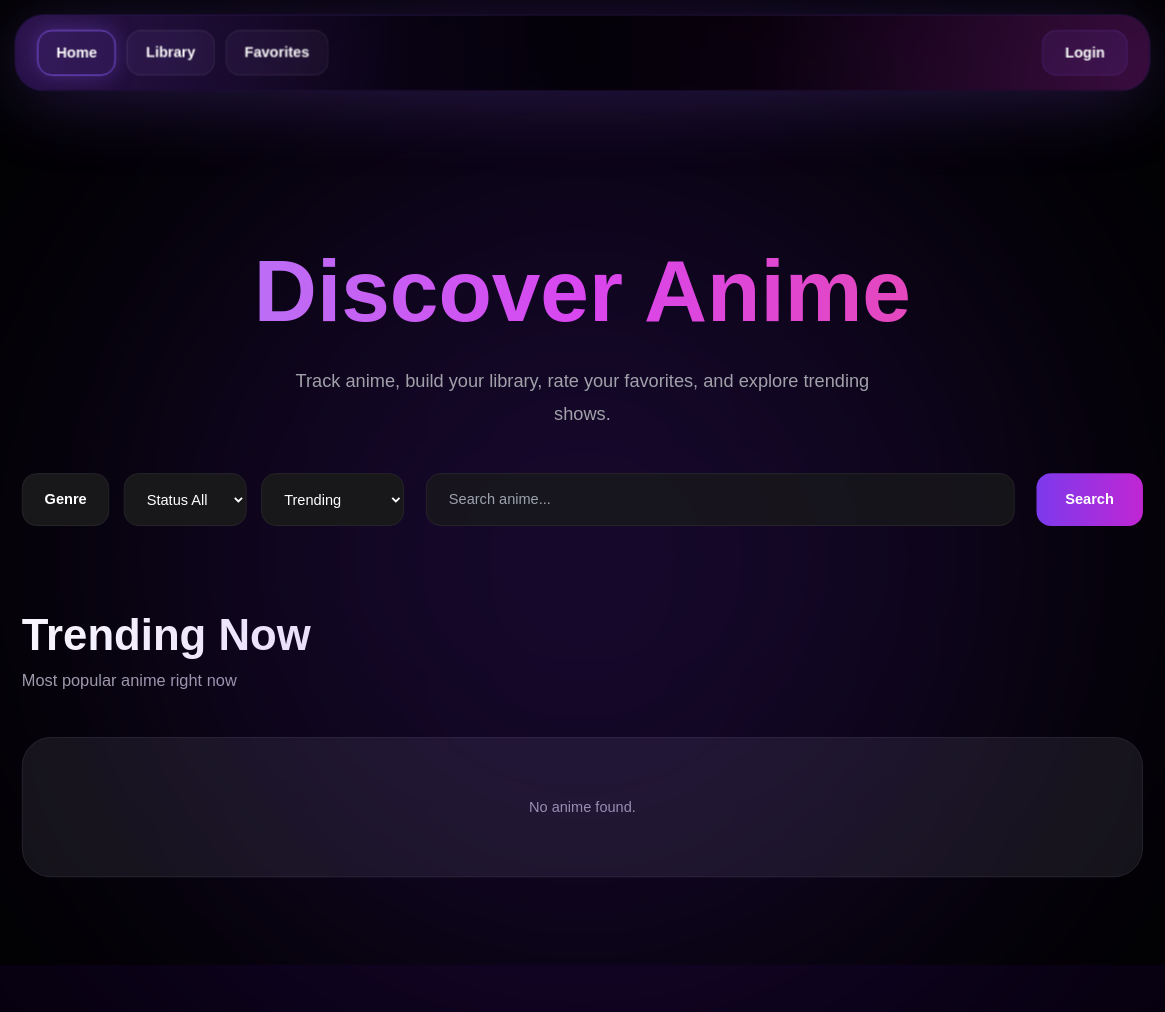
Repository: Maykal-Projects/Otakuflow
Page: /
These files come from the project's save history. The page is drawn as it stood at one moment and after the next save; the edit follows.
The browser window is 1280 px wide. The pictures show the whole page, at 91% of full size.
The page's requests for data from a server got no answer. The project was rebuilt for these pictures with package versions that can differ from the ones it lists, and the page was loaded fresh each time. The framework's server and built-in components were replaced by stand-ins that run in the browser. No one was signed in, and anything a server would have sent is missing. Also part of the build but not shown: next.config.ts, components/AnimeCard.tsx.

Above is the page before, as saved 2026-05-30 00:15:10.

### app/layout.tsx
import "./globals.css";

import type { Metadata } from "next";

import { Toaster } from "react-hot-toast";

export const metadata = {

  title: "Otakuflorist",

  applicationName:
    "Otakuflorist",

  description:
    "Track anime, build your library and discover trending shows.",

};

export const viewport = {
  themeColor: "#07010f",
  colorScheme: "dark",
  viewportFit: "cover",
};

export default function RootLayout({
  children,
}: Readonly<{
  children: React.ReactNode;
}>) {
  return (
    <html
  lang="en"
  suppressHydrationWarning
>
      <body className="bg-[#07010f]">
        {children}

        <Toaster
  position="top-center"
  toastOptions={{
    duration: 2500,

    style: {
      background:
        "rgba(15,15,20,0.95)",

      color: "#fff",

      border:
        "1px solid rgba(255,255,255,0.08)",

      borderRadius:
        "22px",

      padding:
        "18px 22px",

      backdropFilter:
        "blur(18px)",

      fontWeight:
        "800",

      boxShadow:
        "0 10px 60px rgba(0,0,0,0.5)",
    },

    success: {
      iconTheme: {
        primary:
          "#a855f7",
        secondary:
          "#fff",
      },
    },
  }}
/>
      </body>
    </html>
  );
}

### app/page.tsx
"use client";

import {
  useEffect,
  useRef,
  useState,
} from "react";

import AnimeCard from "@/components/AnimeCard";
import Navbar from "@/components/Navbar";
import toast from "react-hot-toast";

import {
  getAnimeFeed,
} from "@/lib/anilist";

const genres = [
  { name: "Action", id: 1 },
  { name: "Adventure", id: 2 },
  { name: "Comedy", id: 4 },
  { name: "Drama", id: 8 },
  { name: "Fantasy", id: 10 },
  { name: "Horror", id: 14 },
  { name: "Mystery", id: 7 },
  { name: "Romance", id: 22 },
  { name: "Sci-Fi", id: 24 },
  {
    name: "Slice of Life",
    id: 36,
  },
  { name: "Sports", id: 30 },
  {
    name: "Supernatural",
    id: 37,
  },
  { name: "Suspense", id: 41 },
];

export default function HomePage() {
  const [animeList, setAnimeList] =
    useState<any[]>([]);

  const [loading, setLoading] =
    useState(true);

  const [
    loadingMore,
    setLoadingMore,
  ] = useState(false);

  const [search, setSearch] =
    useState("");

  const [page, setPage] =
    useState(2);

  const [
    hasMore,
    setHasMore,
  ] = useState(true);

  const [
    suggestions,
    setSuggestions,
  ] = useState<any[]>([]);

  const [pageTitle, setPageTitle] =
    useState("Trending Now");

  const [
    selectedStatus,
    setSelectedStatus,
  ] = useState("");

  const [
    selectedSort,
    setSelectedSort,
  ] = useState("");

  const [
    selectedGenres,
    setSelectedGenres,
  ] = useState<string[]>([]);

  const [
    showGenreFilter,
    setShowGenreFilter,
  ] = useState(false);

  const timeoutRef =
    useRef<NodeJS.Timeout | null>(
      null
    );

 useEffect(() => {

  const saved =
    sessionStorage.getItem(
      "homepage-state"
    );

  if (saved) {

    const state =
      JSON.parse(saved);

    setSearch(
      state.search || ""
    );

    setSelectedGenres(
      state.selectedGenres || []
    );

    setSelectedStatus(
      state.selectedStatus || ""
    );

    setSelectedSort(
      state.selectedSort || ""
    );

    setAnimeList(
      state.animeList || []
    );

    setPage(
      state.page || 2
    );

    setPageTitle(
      state.pageTitle ||
      "Trending Now"
    );

    setLoading(false);

  } else {

    loadAnime();

  }

}, []);

  // AUTO SEARCH


useEffect(() => {

  if (
    animeList.length === 0
  ) return;

  const state = {

    search,
    selectedGenres,
    selectedStatus,
    selectedSort,
    animeList,
    page,
    pageTitle,

  };

  sessionStorage.setItem(
    "homepage-state",
    JSON.stringify(state)
  );

}, [
  search,
  selectedGenres,
  selectedStatus,
  selectedSort,
  animeList,
  page,
  pageTitle,
]);

  async function loadAnime() {
    if (page === 1) {
      setLoading(true);
    } else {
      setLoadingMore(true);
    }

    try {
      const anime =
        await getAnimeFeed(
          "POPULARITY_DESC"
        );

      if (
        anime &&
        anime.length > 0
      ) {
        setAnimeList(anime);
      }

      setPageTitle(
        "Trending Now"
      );

      setHasMore(true);
    } catch (error) {
      console.error(
        "LOAD ANIME ERROR:",
        error
      );
    }

    setLoading(false);
    setLoadingMore(false);
  }

  async function searchTrendingMore() {

    if (loadingMore)
  return;

    setLoadingMore(true);

    try {
      const response =
        await fetch(
          `https://api.jikan.moe/v4/top/anime?page=${page}&limit=24`
        );

      const json =
        await response.json();

      const newAnime =
        json.data || [];

      setHasMore(
        json.pagination
          ?.has_next_page
      );

      setAnimeList(
        (prev) => [
          ...prev,
          ...newAnime,
        ]
      );

      setPage(page + 1);
    } catch (error) {
      console.error(error);
    }

    setLoadingMore(false);
  }

  async function searchAnime(
  reset = false
) {

  // TRENDING
  if (
    !search.trim() &&
    selectedGenres.length ===
      0 &&
    !selectedStatus &&
    !selectedSort
  ) {

    if (reset) {

      setPage(2);

      loadAnime();

    } else {

      searchTrendingMore();

    }

    return;
  }

  // LOADING
  if (reset) {

    setLoading(true);

  } else {

    setLoadingMore(true);

  }

  try {

    const currentPage =
      reset ? 1 : page;

    let url =
      `https://api.jikan.moe/v4/anime?page=${currentPage}&limit=24`;

    // SEARCH
   if (
  search.trim()
) {

  url += `&q=${search}`;

}

    // STATUS
    if (
      selectedStatus
    ) {

      url += `&status=${selectedStatus}`;

    }

    // GENRES
    if (
      selectedGenres.length >
      0
    ) {

      const genreIds =
        genres
          .filter((g) =>
            selectedGenres.includes(
              g.name
            )
          )
          .map((g) => g.id)
          .join(",");

      url += `&genres=${genreIds}`;
    }

    // SORT

    // MOST POPULAR
   if (
  selectedSort ===
  "popularity"
) {

  url +=
    "&order_by=popularity&sort=asc";

}
    // FAVORITES
    else if (
      selectedSort ===
      "favorites"
    ) {

      url +=
        "&order_by=favorites&sort=desc";

    }

if (
  selectedSort ===
  "all"
) {

  // NO SORTING
}

    // TOP RATED
    else if (
      selectedSort ===
      "score"
    ) {

      url +=
        "&order_by=score&sort=desc";

    }

    // NEWEST
    else if (
      selectedSort ===
      "start_date"
    ) {

      url +=
        "&order_by=start_date&sort=desc";

    }

    // DEFAULT
    else {

      url +=
        "&order_by=score&sort=desc";

    }

    const response =
  await fetch(url);

if (
  response.status === 429
) {

  toast.error(
    "Too many requests. Please wait a moment."
  );

  setLoading(false);

  setLoadingMore(false);

  return;
}

    const json =
  await response.json();

let newAnime =
  json.data || [];

newAnime = Array.from(
  new Map(
    newAnime.map(
      (anime: any) => [
        anime.mal_id,
        anime,
      ]
    )
  ).values()
);

// STRICT TITLE FILTER

if (
  search.trim()
) {

  newAnime =
    newAnime.filter(
      (anime: any) =>

        anime.title
          ?.toLowerCase()
          .includes(
            search.toLowerCase()
          )

        ||

        anime.title_english
          ?.toLowerCase()
          .includes(
            search.toLowerCase()
          )

    );

}

setHasMore(
  json.pagination
    ?.has_next_page
);

if (reset) {

  setAnimeList(
    newAnime
  );

} else {

  setAnimeList(
    (prev) => [
      ...prev,
      ...newAnime,
    ]
  );

}

    setPage(
      currentPage + 1
    );

    setPageTitle(
      search.trim()
        ? `Search Results for "${search}"`
        : "Filtered Anime"
    );

  } catch (error) {

    console.error(
      "SEARCH ERROR:",
      error
    );

  }

  setLoading(false);

  setLoadingMore(false);
}

  async function fetchSuggestions(
    value: string
  ) {
    if (
      timeoutRef.current
    ) {
      clearTimeout(
        timeoutRef.current
      );
    }

    timeoutRef.current =
      setTimeout(
        async () => {
          if (
            !value.trim() ||
            value.length < 2
          ) {
            setSuggestions(
              []
            );
            return;
          }

          try {
            const response =
              await fetch(
                `https://api.jikan.moe/v4/anime?q=${value}&order_by=members&sort=desc&type=tv&limit=8`
              );

if (
  response.status === 429
) {

  setSuggestions([]);

  return;
}

            const json =
              await response.json();

       const filtered = Array.from(

  new Map(

    (json.data || [])

      .filter(
        (anime: any) =>

          anime.title
            ?.toLowerCase()
            .includes(
              value.toLowerCase()
            )

          ||

          anime.title_english
            ?.toLowerCase()
            .includes(
              value.toLowerCase()
            )

      )

      .map(
        (anime: any) => [
          anime.mal_id,
          anime,
        ]
      )

  ).values()

);

setSuggestions(
  filtered
);

          } catch (error) {
            console.error(
              error
            );
          }
        },
        800
      );
  }

function toggleGenre(
  genre: string
) {

  setSelectedGenres(
    (prev) =>
      prev.includes(genre)
        ? prev.filter(
            (g) =>
              g !== genre
          )
        : [
            ...prev,
            genre,
          ]
  );

  setPage(1);

  setTimeout(() => {
    searchAnime(true);
  }, 0);

}

  return (
    <main className="min-h-screen bg-black text-white pt-28">
      <Navbar />

      {/* HERO */}
      <section className="relative pt-40 pb-24 px-6">
        <div className="absolute top-0 left-1/2 -translate-x-1/2 w-[1000px] h-[1000px] bg-violet-700/20 blur-[180px] rounded-full pointer-events-none" />

        <div className="relative max-w-7xl mx-auto text-center">
          {/* TITLE */}
          <h1 className="text-6xl md:text-8xl font-black leading-none mb-8 bg-gradient-to-r from-violet-400 via-fuchsia-500 to-pink-500 bg-clip-text text-transparent">
            Discover Anime
          </h1>

          {/* DESCRIPTION */}
          <p className="text-zinc-400 text-xl max-w-2xl mx-auto leading-9 mb-12">
            Track anime,
            build your
            library, rate
            your favorites,
            and explore
            trending shows.
          </p>

          {/* SEARCH + FILTERS */}
          <div className="grid grid-cols-[auto_1fr_auto] items-center gap-6 max-w-7xl mx-auto">

            {/* LEFT FILTERS */}
            <div className="flex items-center gap-4">

              {/* GENRE */}
              <div className="relative">
                <button
                  type="button"
                  onClick={() =>
                    setShowGenreFilter(
                      !showGenreFilter
                    )
                  }
                  className="bg-zinc-900 border border-zinc-800 rounded-2xl px-6 py-4 font-semibold hover:border-violet-500 transition h-[58px]"
                >
                  Genre{" "}
                  {selectedGenres.length >
                    0 &&
                    `(${selectedGenres.length})`}
                </button>

                {showGenreFilter && (
                  <div className="absolute top-full mt-3 left-0 bg-zinc-900/95 backdrop-blur-2xl border border-zinc-800 rounded-3xl p-6 w-[500px] shadow-[0_20px_80px_rgba(0,0,0,0.6)] z-50">
                    <div className="grid grid-cols-3 gap-4">
                      {genres.map(
                        (
                          genre
                        ) => (
                          <label
                            key={
                              genre.id
                            }
                            className="flex items-center gap-3 text-sm cursor-pointer hover:text-violet-300 transition"
                          >
                            <input
                              type="checkbox"
                              checked={selectedGenres.includes(
                                genre.name
                              )}
                              onChange={() =>
                                toggleGenre(
                                  genre.name
                                )
                              }
                              className="accent-violet-500"
                            />

                            {
                              genre.name
                            }
                          </label>
                        )
                      )}
                    </div>
                  </div>
                )}
              </div>

              {/* STATUS */}
              <select
                value={
                  selectedStatus
                }
                onChange={(e) => {

  setSelectedStatus(
    e.target.value
  );

  setPage(1);

  setTimeout(() => {
    searchAnime(true);
  }, 0);

}}
                className="bg-zinc-900 border border-zinc-800 rounded-2xl px-5 py-4 outline-none h-[58px]"
              >
                <option value="">
                  Status All
                </option>

                <option value="airing">
                  Airing
                </option>

                <option value="complete">
                  Finished
                </option>

                <option value="upcoming">
                  Upcoming
                </option>
              </select>

              {/* SORT */}
              <select
                value={
                  selectedSort
                }
                onChange={(e) => {

  setSelectedSort(
    e.target.value
  );

  setPage(1);

  setTimeout(() => {
    searchAnime(true);
  }, 0);

}}
                className="bg-zinc-900 border border-zinc-800 rounded-2xl px-5 py-4 outline-none h-[58px]"
              >

                <option value="">
                  Trending
                </option>

<option value="all">
  All
</option>

                <option value="popularity">
                  Most Popular
                </option>

                <option value="favorites">
                  Favorites
                </option>

                <option value="score">
                  Top Rated
                </option>

                <option value="start_date">
                  Newest
                </option>

              </select>
            </div>

            {/* SEARCH INPUT */}
            <div className="relative w-full">
              <input
                type="text"
                value={search}
                onChange={(
                  e
                ) => {
                  setSearch(
                    e.target
                      .value
                  );

                  fetchSuggestions(
                    e.target
                      .value
                  );
                }}
                placeholder="Search anime..."
                className="w-full bg-zinc-900/80 border border-zinc-800 rounded-2xl px-6 py-4 outline-none focus:border-violet-500 h-[58px]"
              />

              {/* SUGGESTIONS */}
              {suggestions.length >
                0 && (
                <div className="absolute top-full mt-3 w-full max-h-[420px] overflow-y-auto bg-zinc-950/95 backdrop-blur-2xl border border-zinc-800 rounded-3xl z-50 shadow-[0_20px_80px_rgba(0,0,0,0.6)]">
                  {suggestions.map(
                    (
                      anime: any
                    ) => (
                      <button
                        key={
                          anime.mal_id
                        }
                        onClick={() => {

  const title =
    anime.title;

  setSearch(title);

  setSuggestions([]);

  setPage(1);

  setTimeout(() => {
    searchAnime(true);
  }, 0);

}}
                        className="w-full flex items-center gap-4 p-4 hover:bg-white/5 transition text-left border-b border-white/5 last:border-none group"
                      >
                        <div className="relative">
                          <img
                            src={
                              anime
                                .images
                                ?.jpg
                                ?.image_url
                            }
                            alt=""
                            className="w-14 h-20 object-cover rounded-xl"
                          />
                        </div>

                        <div className="flex-1 min-w-0">
                          <p className="font-black text-white line-clamp-1 group-hover:text-violet-300 transition">
                            {
                              anime.title
                            }
                          </p>
                        </div>

                        <div className="text-violet-400 opacity-0 group-hover:opacity-100 transition text-lg font-bold">
                          →
                        </div>
                      </button>
                    )
                  )}
                </div>
              )}
            </div>

            {/* SEARCH BUTTON */}
            <button
              type="button"
              onClick={() => {

  if (loading || loadingMore)
    return;

  setSuggestions([]);

  setPage(1);

  searchAnime(true);
}}
              className="bg-gradient-to-r from-violet-600 to-fuchsia-600 hover:opacity-90 px-8 py-4 rounded-2xl font-bold transition h-[58px]"
            >
              Search
            </button>
          </div>
        </div>
      </section>

      {/* GRID */}
      <section className="max-w-7xl mx-auto px-6 pb-24">
        <div className="mb-12">
          <h2 className="text-5xl font-black mb-3">
            {pageTitle}
          </h2>

          <p className="text-zinc-400 text-lg">
            Most popular anime
            right now
          </p>
        </div>

        {loading ? (
          <div className="flex items-center justify-center py-24">
            <h2 className="text-4xl font-black">
              Loading...
            </h2>
          </div>
        ) : animeList.length ===
          0 ? (
          <div className="bg-zinc-900/80 border border-zinc-800 rounded-[32px] p-16 text-center text-zinc-400">
            No anime found.
          </div>
        ) : (
          <>
            <div className="grid grid-cols-2 md:grid-cols-3 lg:grid-cols-4 gap-8">
              {animeList.map(
                (
                  anime: any,
                  index: number
                ) => (
                  <AnimeCard
                    key={`${anime.mal_id}-${index}`}
                    anime={anime}
                  />
                )
              )}
            </div>

            {/* LOAD MORE */}
            {hasMore && (
              <div className="flex justify-center mt-16">
                <button
                  type="button"
                  onClick={(e) => {
                    e.preventDefault();

                    if (
                      !search.trim() &&
                      selectedGenres.length ===
                        0 &&
                      !selectedStatus &&
                      !selectedSort
                    ) {
                      searchTrendingMore();
                    } else {
                      searchAnime();
                    }
                  }}
                  disabled={
                    loadingMore
                  }
                  className="px-8 py-4 rounded-2xl bg-gradient-to-r from-violet-600 to-fuchsia-600 font-bold hover:opacity-90 transition disabled:opacity-50"
                >
                  {loadingMore
                    ? "Loading..."
                    : "Show More"}
                </button>
              </div>
            )}
          </>
        )}
      </section>
    </main>
  );
}

### lib/supabase.ts
import { createClient } from "@supabase/supabase-js";

const supabaseUrl =
  process.env.NEXT_PUBLIC_SUPABASE_URL || "";

const supabaseAnonKey =
  process.env.NEXT_PUBLIC_SUPABASE_ANON_KEY || "";

export const supabase = createClient(
  supabaseUrl,
  supabaseAnonKey
);

Loaded but not shown: tailwind.config.js (11 lines, source omitted); components/Navbar.tsx (147 lines, source omitted); lib/anilist.ts (77 lines, source omitted); app/globals.css (26 lines, source omitted)

After the next save:
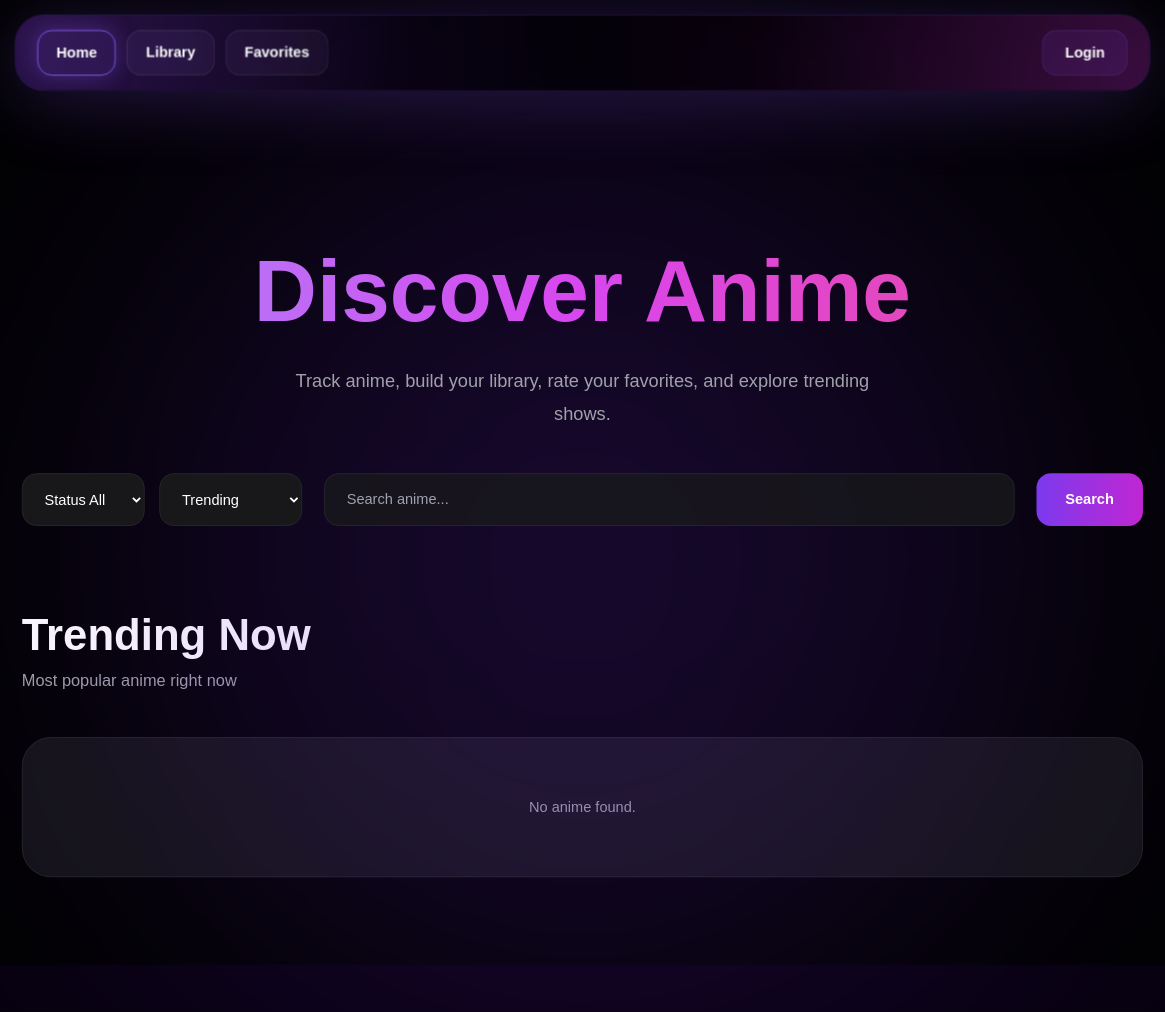
Saved 9 h 9 min later.
--- a/app/page.tsx
+++ b/app/page.tsx
@@ -82,11 +82,6 @@ export default function HomePage() {
     setSelectedGenres,
   ] = useState<string[]>([]);
 
-  const [
-    showGenreFilter,
-    setShowGenreFilter,
-  ] = useState(false);
-
   const timeoutRef =
     useRef<NodeJS.Timeout | null>(
       null
@@ -654,60 +649,6 @@ function toggleGenre(
 
             {/* LEFT FILTERS */}
             <div className="flex items-center gap-4">
-
-              {/* GENRE */}
-              <div className="relative">
-                <button
-                  type="button"
-                  onClick={() =>
-                    setShowGenreFilter(
-                      !showGenreFilter
-                    )
-                  }
-                  className="bg-zinc-900 border border-zinc-800 rounded-2xl px-6 py-4 font-semibold hover:border-violet-500 transition h-[58px]"
-                >
-                  Genre{" "}
-                  {selectedGenres.length >
-                    0 &&
-                    `(${selectedGenres.length})`}
-                </button>
-
-                {showGenreFilter && (
-                  <div className="absolute top-full mt-3 left-0 bg-zinc-900/95 backdrop-blur-2xl border border-zinc-800 rounded-3xl p-6 w-[500px] shadow-[0_20px_80px_rgba(0,0,0,0.6)] z-50">
-                    <div className="grid grid-cols-3 gap-4">
-                      {genres.map(
-                        (
-                          genre
-                        ) => (
-                          <label
-                            key={
-                              genre.id
-                            }
-                            className="flex items-center gap-3 text-sm cursor-pointer hover:text-violet-300 transition"
-                          >
-                            <input
-                              type="checkbox"
-                              checked={selectedGenres.includes(
-                                genre.name
-                              )}
-                              onChange={() =>
-                                toggleGenre(
-                                  genre.name
-                                )
-                              }
-                              className="accent-violet-500"
-                            />
-
-                            {
-                              genre.name
-                            }
-                          </label>
-                        )
-                      )}
-                    </div>
-                  </div>
-                )}
-              </div>
 
               {/* STATUS */}
               <select
